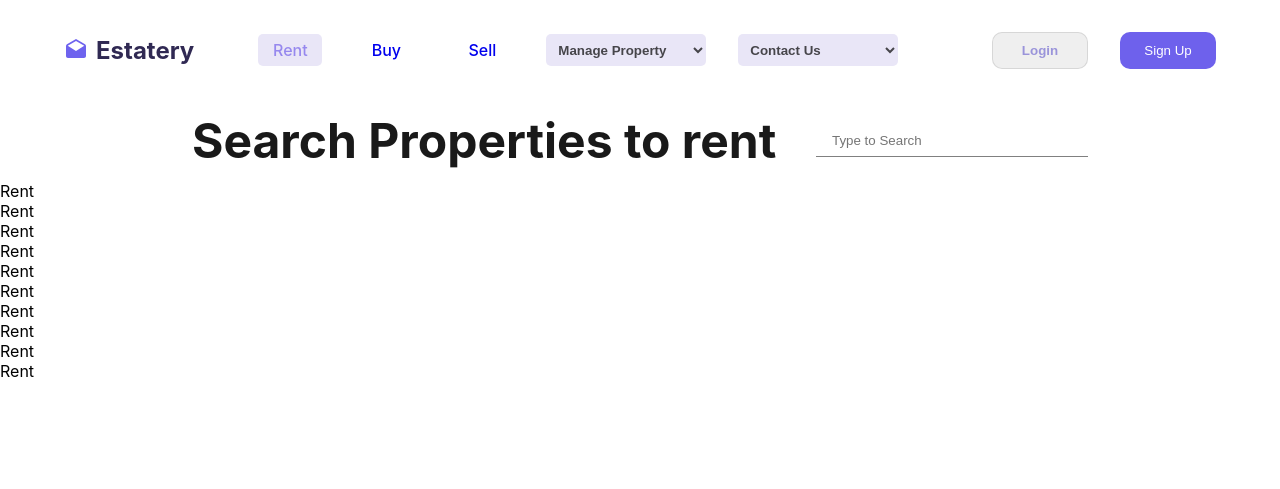
Repository: kapil4457/Reunion-Internship-Assignment
Page: /
These files come from the project's save history. The page is drawn as it stood at one moment and after the next save; the edit follows.
The browser window is 1280 px wide. The pictures show the whole page.
The project was rebuilt for these pictures with package versions that can differ from the ones it lists, and the page was loaded fresh each time. Also part of the build but not shown: src/App.css.

Above is the page before, as saved 2022-10-05 12:44:28.

After the next save:
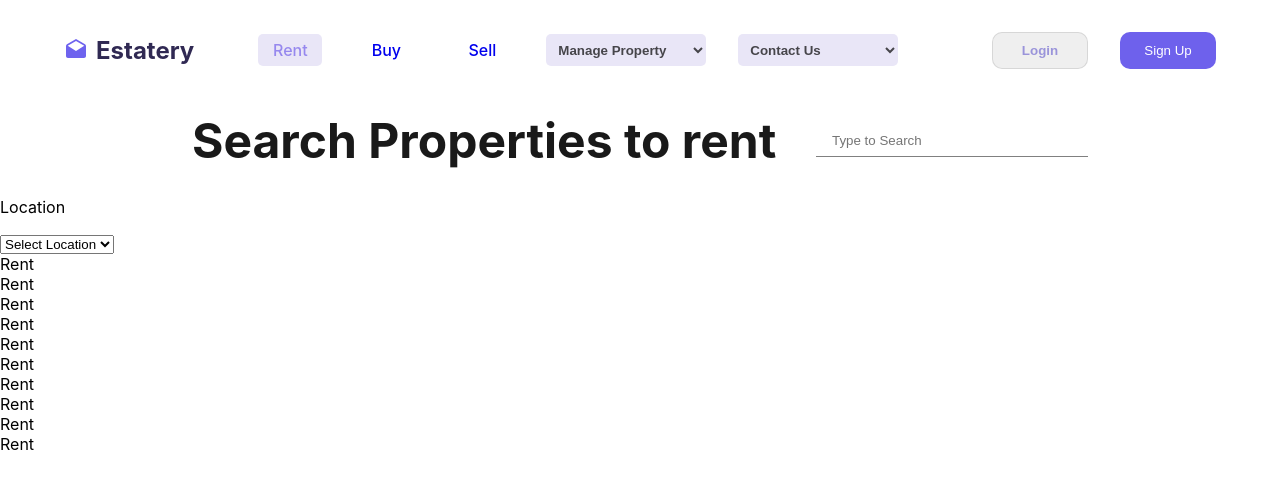
Saved 93 s later.
--- a/src/components/Rent/Rent.jsx
+++ b/src/components/Rent/Rent.jsx
@@ -10,7 +10,16 @@ const Rent = () => {
           <div className="heading">Search Properties to rent</div>
           <input className="search-bar" placeholder="Type to Search" />
         </div>
-        <div className="second"></div>
+        <div className="second">
+          <div>
+            <p>Location</p>
+            <select name="" id="">
+              <option value="" hidden>
+                Select Location
+              </option>
+            </select>
+          </div>
+        </div>
         {home.map((item, idx) => (
           <RentCard data={item} key={idx} />
         ))}
